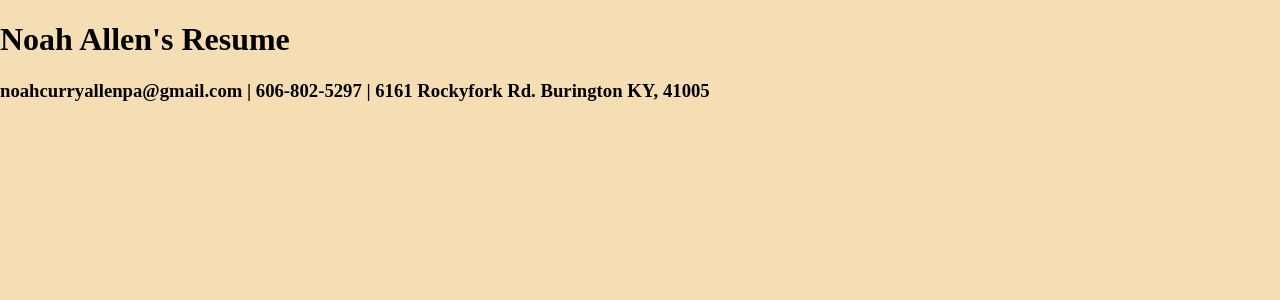
Repository: noahcallen/LAB-HTML-Resume
Page: index.html
The author's editor kept a copy of each file at every save. The page is drawn from the files as they stood at one save, then again after the next save.
The browser window is 1280 px wide. The pictures show the whole page.

Above is the page before, as saved 2024-07-08 21:05:07.

### index.html
<!DOCTYPE html>
<html lang="en">
<head>
  <meta charset="UTF-8">
  <meta name="viewport" content="width=device-width, initial-scale=1.0">
  <title>Document</title>
  <link rel="stylesheet" href="main.css">
</head>
<body>
  <h1>Noah Allen's Resume</h1>
  <h3> noahcurryallenpa@gmail.com | 606-802-5297 | 6161 Rockyfork Rd. Burington KY, 41005</h3>






  <script src="main.js"></script>
</body>
</html>

### main.css
body {
  background-color: wheat;
  margin: auto;
  padding: auto;
}

Loaded but not shown: main.js (no stored copy; drawn as an empty file)

After the next save:
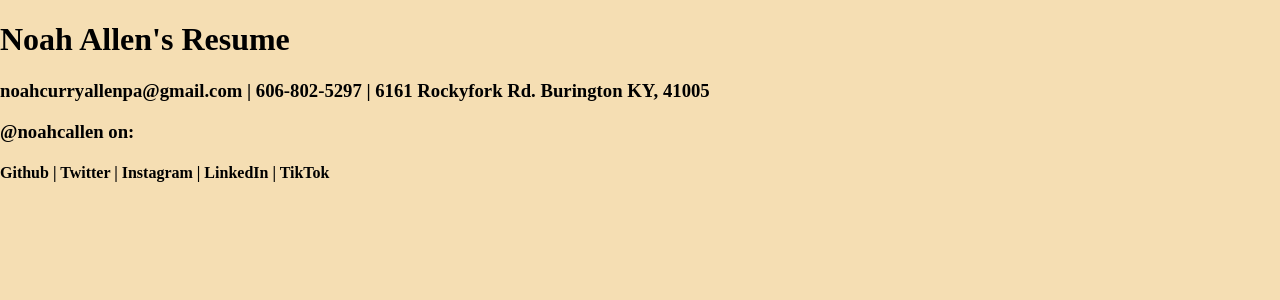
Saved 18 min 17 s later.
--- a/index.html
+++ b/index.html
@@ -7,11 +7,40 @@
   <link rel="stylesheet" href="main.css">
 </head>
 <body>
+  <div class="HEADER"></div>
+  <!--HEADER-->
   <h1>Noah Allen's Resume</h1>
   <h3> noahcurryallenpa@gmail.com | 606-802-5297 | 6161 Rockyfork Rd. Burington KY, 41005</h3>
+<!--END HEADER-->
+  </div>
 
+  <article id="Job1">
+    <h3></h3>
+    <section>
 
+    </section>
+  </article>
 
+  <article id="Job2">
+    <h3></h3>
+    <section>
+
+    </section>
+  </article>
+
+  <article id="Job3">
+    <h3></h3>
+    <section>
+
+    </section>
+  </article>
+
+  <div class="FOOTER">
+    <!-- FOOTER-->
+     <h3>@noahcallen on:</h3>
+     <h4>Github | Twitter | Instagram | LinkedIn | TikTok</h4>
+    <!-- FOOTER-->
+  </div>
 
 
 
